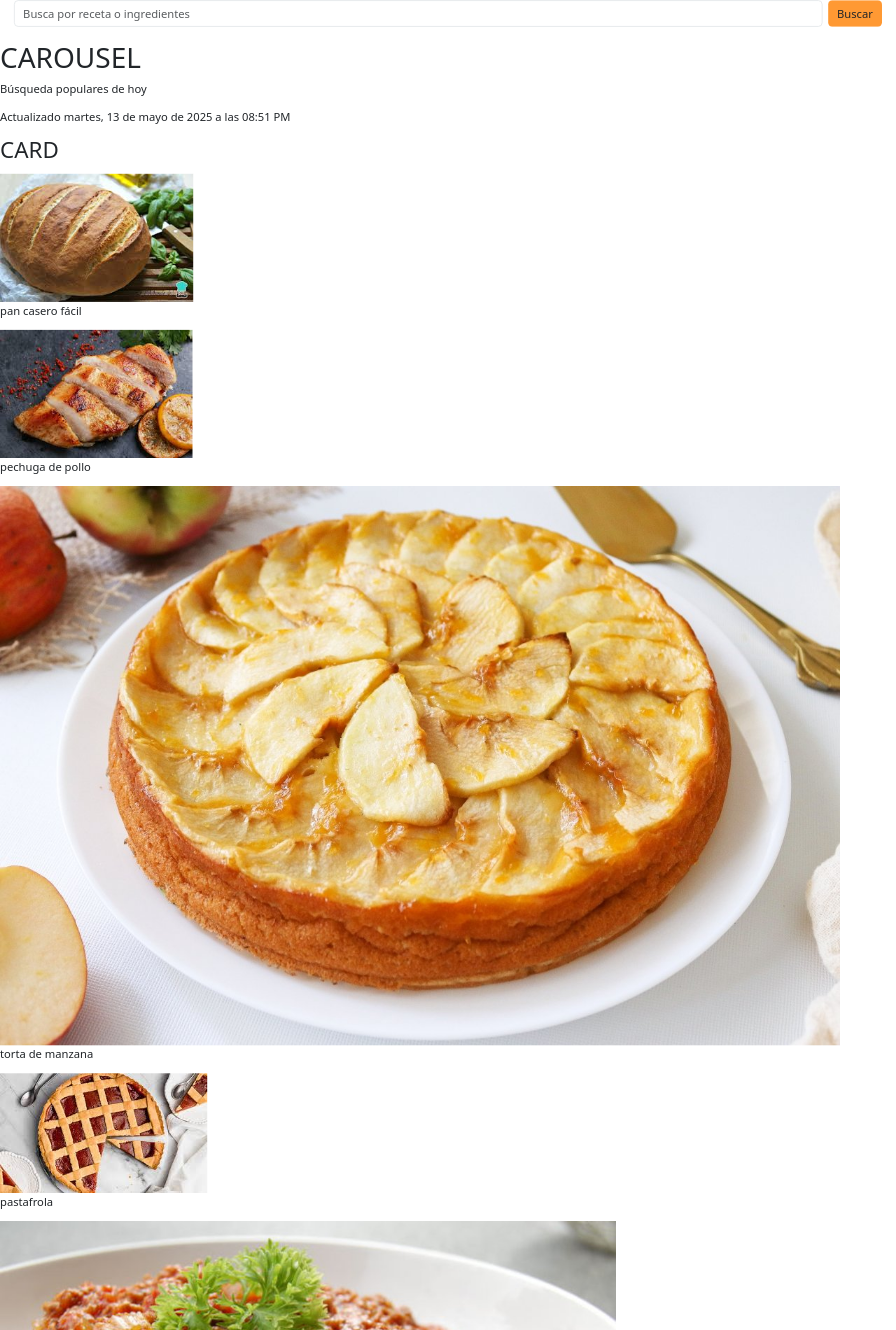
Repository: lucasp3113/coockpad
Page: index.html
These files come from the project's save history. The page is drawn as it stood at one moment and after the next save; the edit follows.
The browser window is 1280 px wide. The pictures show the part of the page from y = 336 to 2236 px (the page is 3670 px tall), at 70% of full size.
A picture or video elsewhere on the page could not be fetched, so the positions and the page height are approximate.

Above is the page before, as saved 2025-05-15 12:09:29.

### index.html
<!DOCTYPE html>
<html lang="es">
<head>
    <meta charset="UTF-8" />
    <meta name="viewport" content="width=device-width, initial-scale=1.0" />
    <title>cookpad</title>
    <link href="https://cdn.jsdelivr.net/npm/bootstrap@5.3.6/dist/css/bootstrap.min.css" rel="stylesheet" integrity="sha384-4Q6Gf2aSP4eDXB8Miphtr37CMZZQ5oXLH2yaXMJ2w8e2ZtHTl7GptT4jmndRuHDT" crossorigin="anonymous">
    <script src="https://cdn.jsdelivr.net/npm/bootstrap@5.3.6/dist/js/bootstrap.bundle.min.js" integrity="sha384-j1CDi7MgGQ12Z7Qab0qlWQ/Qqz24Gc6BM0thvEMVjHnfYGF0rmFCozFSxQBxwHKO" crossorigin="anonymous"></script>
    <link rel="stylesheet" href="style.css"/>
</head>
<body>
    <header class="d-flex flex-row d-flex justify-content-center d-flex align-items-center m-3">
        <img src="logo_coockpad.png" alt="" />
        <h1>cookpad</h1>
    </header>
    <nav class="d-flex flex-row d-flex justify-content-center d-flex align-items-center m-3">
        <input type="text" class="form-control m-1" width="300px" placeholder="Busca por receta o ingredientes"/>
        <button type="submit" class="btn btn-orange m-1">Buscar</button>
    </nav>
    <main>
        <section>
            <h1>CAROUSEL</h1>
        </section>
        <article>
            <p>Búsqueda populares de hoy</p>
            <p>Actualizado martes, 13 de mayo de 2025 a las 08:51  PM</p>
        </article>
        <section>
            <section>
                <figure>
                    <h2>CARD</h2>
                </figure>
                <figure>
                    <img src="pan.png" alt="" />
                    <p>pan casero fácil</p>
                </figure>
                <figure>
                    <img src="pechuga.png" alt="" />
                    <p>pechuga de pollo</p>
                </figure>
                <figure>
                    <img src="tarta-de-manzana.png" alt="" />
                    <p>torta de manzana</p>
                </figure>
            </div>
            </section>
            <section>
                <figure>
                    <img src="pastaflora.png" alt="" />
                    <p>pastafrola</p>
                </figure>
                <figure>
                    <img src="fideos.jpg" alt="" />
                    <p>fideos caseros</p>
                </figure>
                <figure>
                    <img src="panqueques.jpeg" alt="" />
                    <p>panqueques para canelones</p>
                </figure>
                <figure>
                    <img src="locro.png" alt="" />
                    <p>locro argentino</p>
                </figure>
            </section>
        </section>
    </main>
</body>
</html>

### style.css
.btn-orange{
    background-color: rgb(255, 153, 51);

}

After the next save:
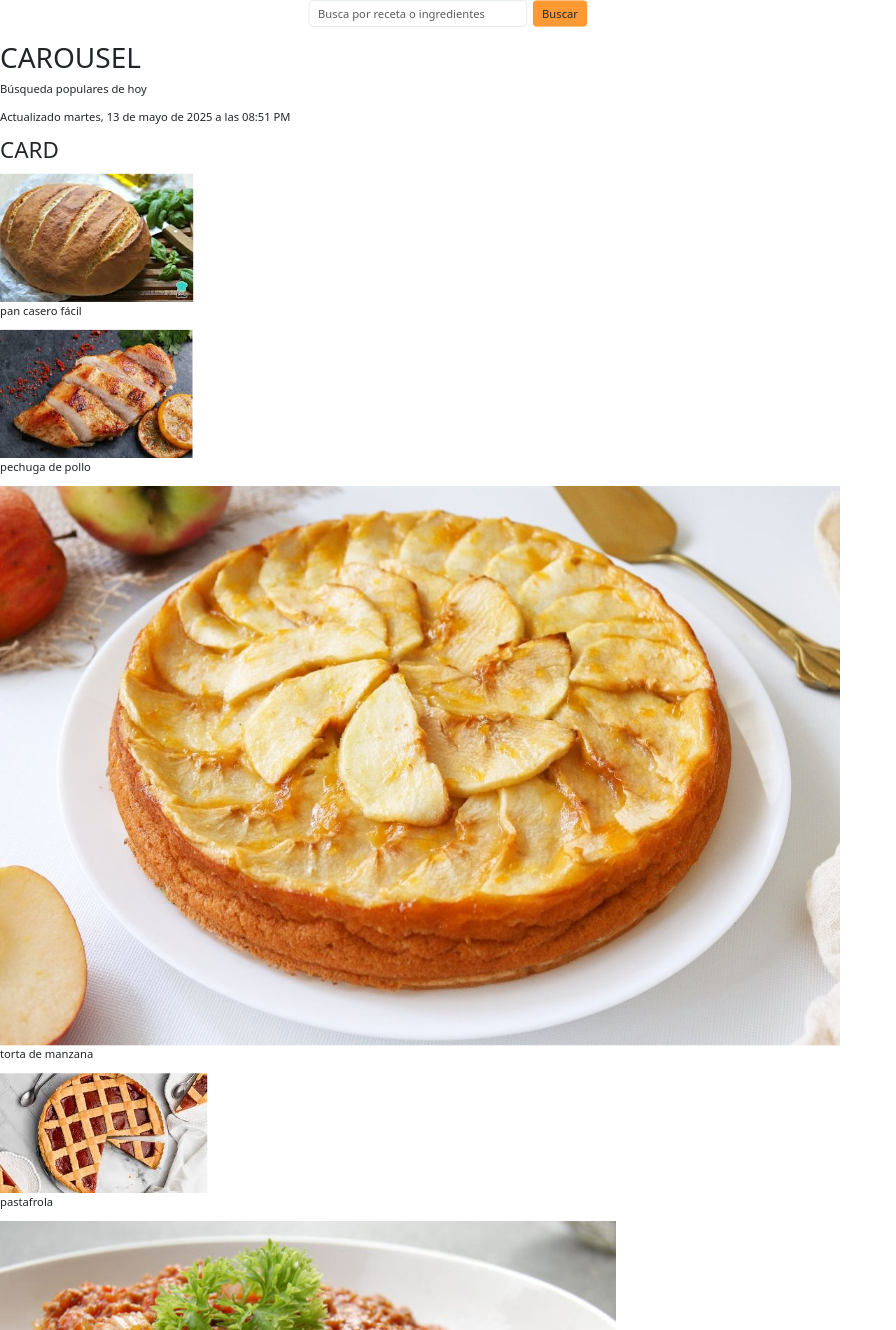
Saved 16 s later.
--- a/index.html
+++ b/index.html
@@ -14,7 +14,7 @@
         <h1>cookpad</h1>
     </header>
     <nav class="d-flex flex-row d-flex justify-content-center d-flex align-items-center m-3">
-        <input type="text" class="form-control m-1" width="300px" placeholder="Busca por receta o ingredientes"/>
+        <input type="text" class="form-control m-1 w-25" placeholder="Busca por receta o ingredientes"/>
         <button type="submit" class="btn btn-orange m-1">Buscar</button>
     </nav>
     <main>
